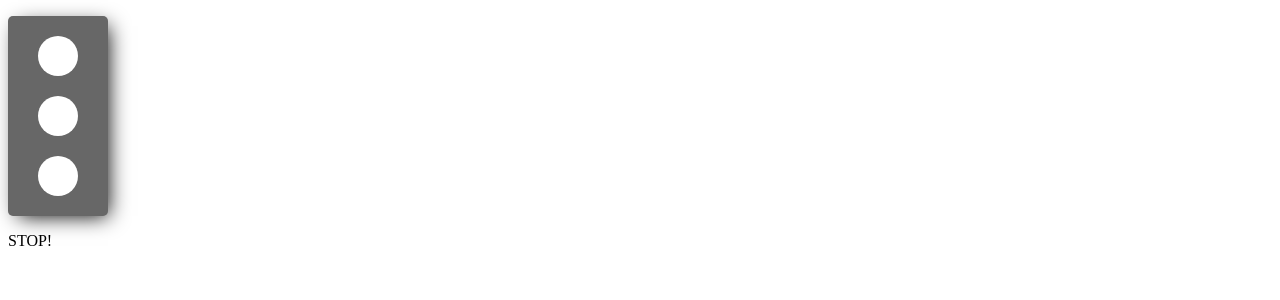
Repository: DoruFurtuna/skillup-semaphore-homework
Page: index.html
These files come from the project's save history. The page is drawn as it stood at one moment and after the next save; the edit follows.
The browser window is 1280 px wide. The pictures show the whole page.

Above is the page before, as saved 2019-07-16 08:05:12.

### index.html
<!DOCTYPE html>
<html>
  <head>
    <title>Semaphore example</title>
    <link rel="stylesheet" href="./styles.css" />
    <script src="./scripts.js"></script>
  </head>
  <body>
    <ul id="semaphore">
      <li class="red"></li>
      <li class="yellow"></li>
      <li class="green"></li>
    </ul>
    <div id="message">STOP!</div>
  </body>
</html>

### styles.css
#semaphore {
  height: 200px;
  width: 100px;
  background: #676767;
  border-radius: 5px;
  box-shadow: 5px 5px 20px -5px black;
  cursor: pointer;
  list-style: none;
  display: flex;
  flex-direction: column;
  align-items: center;
  padding: 0;
  justify-content: space-evenly;
}

#semaphore li {
  height: 40px;
  width: 40px;
  background: white;
  border-radius: 100%;
}

Loaded but not shown: scripts.js (no stored copy; drawn as an empty file)

After the next save:
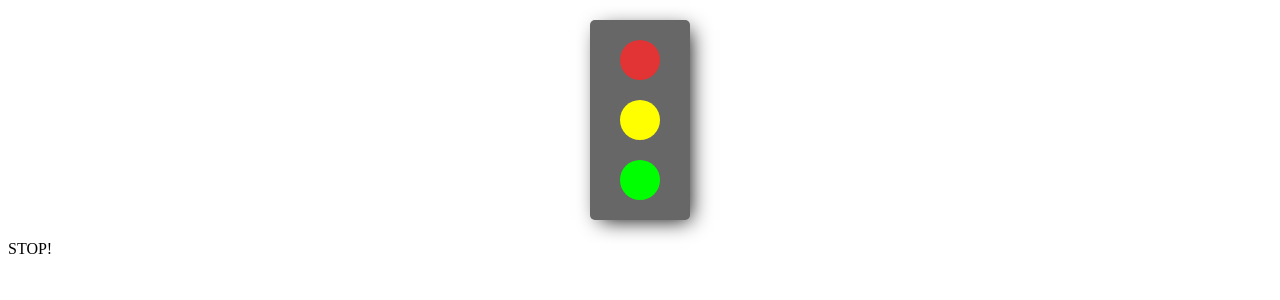
Saved 3 min 0 s later.
--- a/styles.css
+++ b/styles.css
@@ -11,6 +11,7 @@
   align-items: center;
   padding: 0;
   justify-content: space-evenly;
+  margin: 20px auto;
 }
 
 #semaphore li {
@@ -19,3 +20,13 @@
   background: white;
   border-radius: 100%;
 }
+
+#semaphore li.red {
+  background-color: #e23434;
+}
+#semaphore li.yellow {
+  background-color: yellow;
+}
+#semaphore li.green {
+  background-color: lime;
+}
